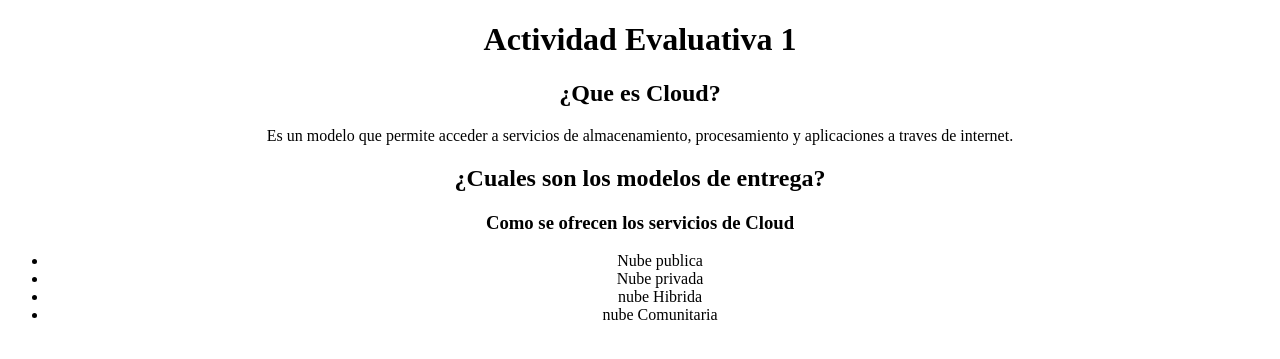
Repository: Laura-Oliveros/Actividad-Evaluativa-1
Page: LauSebas.html
An editor plug-in stored every save of this project. The page is shown before and after the next save, followed by the edit.
The browser window is 1280 px wide. The pictures show the whole page.

Above is the page before, as saved 2025-09-04 18:54:24.

After the next save:
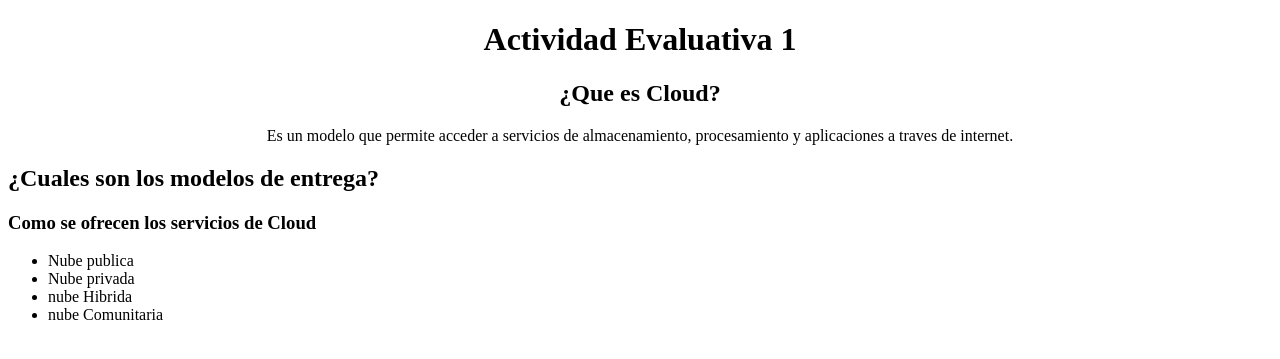
Saved 34 s later.
--- a/LauSebas.html
+++ b/LauSebas.html
@@ -12,7 +12,7 @@
         <p>Es un modelo que permite acceder a servicios de almacenamiento, procesamiento y aplicaciones a traves de internet.</p>
     </div>
 
-    <div class="contenedor" style="text-align: center;">
+    <div class="contenedor" style="text-align: left;">
         <h2>¿Cuales son los modelos de entrega?</h2>
         <h3>Como se ofrecen los servicios de Cloud </h3>
         <ul>
